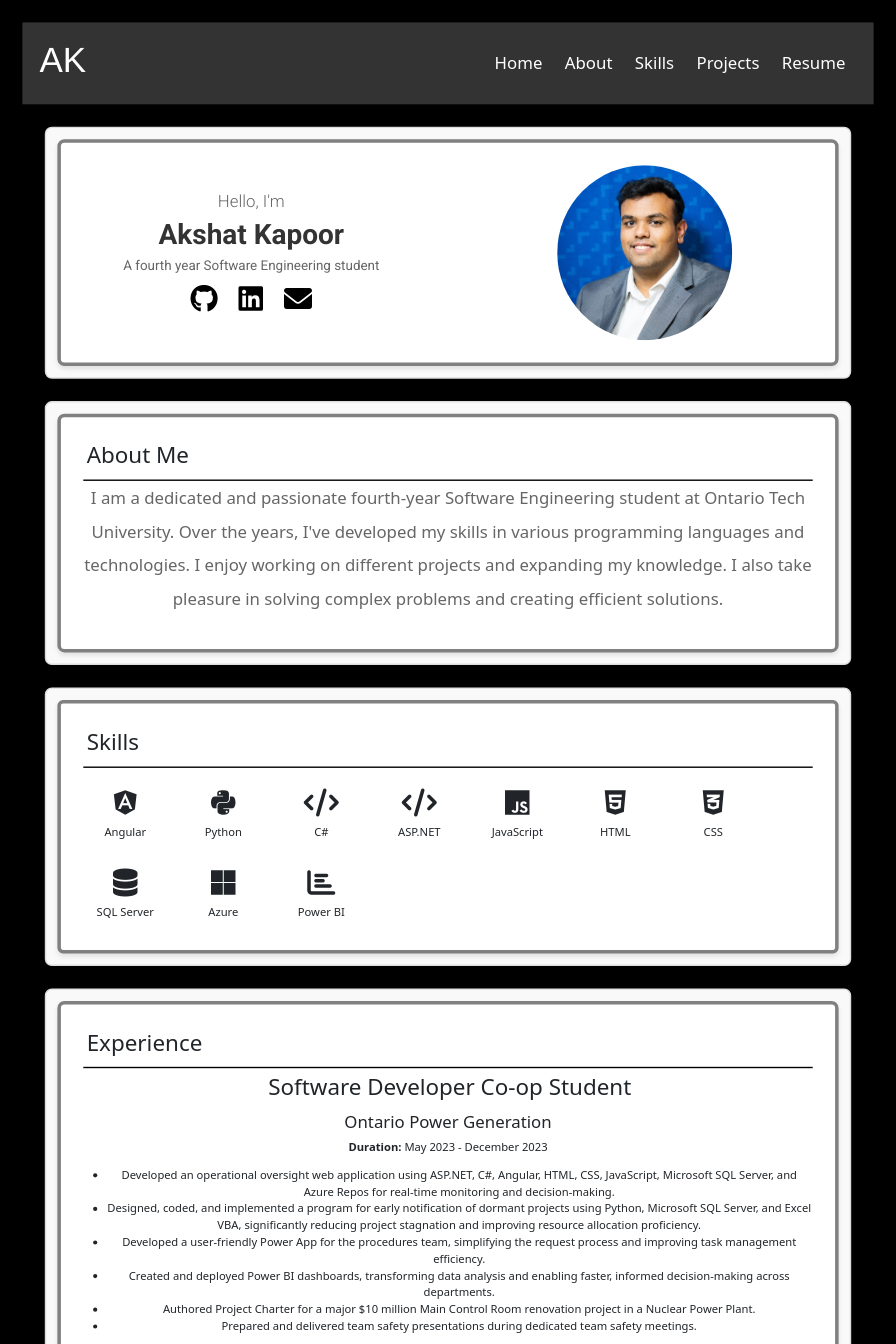
Repository: AkshatKapo/My-Portfolio
Page: /
An editor plug-in stored every save of this project. The page is shown before and after the next save, followed by the edit.
The browser window is 1280 px wide. The pictures show the part of the page from y = 0 to 1920 px (the page is 3289 px tall), at 70% of full size.
The project was rebuilt for these pictures with package versions that can differ from the ones it lists, and the page was loaded fresh each time. Also part of the build but not shown: vite.config.js.

Above is the page before, as saved 2024-06-19 08:57:52.

### index.html
<!DOCTYPE html>
<html lang="en">
  <head>
    <meta charset="UTF-8" />
    <link rel="stylesheet" href="https://cdnjs.cloudflare.com/ajax/libs/font-awesome/6.0.0-beta3/css/all.min.css">
    <link rel="stylesheet" href="https://maxcdn.bootstrapcdn.com/bootstrap/4.5.2/css/bootstrap.min.css">

    <meta name="viewport" content="width=device-width, initial-scale=1.0" />
    <title>Vite + React</title>
  </head>
  <body>
    <div id="root"></div>
    <script type="module" src="/src/main.jsx"></script>
  </body>
</html>

### src/main.jsx
import React from 'react'
import ReactDOM from 'react-dom/client'
import App from './App'
import './index.css'
import 'bootstrap/dist/css/bootstrap.min.css';


ReactDOM.createRoot(document.getElementById('root')).render(
  <React.StrictMode>
    <App />
  </React.StrictMode>,
)

### src/App.jsx
import { useEffect } from 'react';
import './App.css';
import Header from './components/Header';
import Home from './components/Home';
import About from './components/About';
import Experience from './components/Experience'; // Corrected import path
import Projects from './components/projects';
import Contact from './components/Contact';
import Skill from './components/skill'
function App() {
  useEffect(() => {
    function reveal() {
      let reveals = document.querySelectorAll(".reveal");// stores all the elements with class reveal into an array

      for (var i = 0; i < reveals.length; i++) { // iterates through reveals array, takes the each element with class reveals
        let windowHeight = window.innerHeight; // gets the height of the view port
        let elementTop = reveals[i].getBoundingClientRect().top;// gets the postion of the element relative to the view port
        let sectionHeight = reveals[i].offsetHeight;// calculates the hieght of the element
        let elementVisible = windowHeight - elementTop > 0 ? windowHeight - elementTop : 0;// calculates the porton  of the element visible(Dstance between the top of the view port  and bottom of visible part of  the element)
        let visibilityRatio = elementVisible / sectionHeight; // Fraction of the element visible

        if (visibilityRatio > 0.5) {  // if the visibility ratio is greater than half then it will make it visible
          reveals[i].classList.add("active");// add class actve to the element to make it visible
        } else { // if its less than 0.5 than it wll not display it or remove the class
          reveals[i].classList.remove("active");
        }
      }
    }

    window.addEventListener("scroll", reveal);// Add scroll as event listenere because wewe want to dsplay elements as user scrolls down

    // Call reveal initially to check the visibility of elements when the component mounts
    reveal();

    // Cleanup function to remove event listener when component unmounts
    return () => {
      window.removeEventListener("scroll", reveal);
    };
  }, []);


  return (
    <div>
      <Header />
      <Home />
      <About />
      <Skill />
      <Experience />
      <Projects />
      <Contact />

    </div>
  );
}

export default App;

/*
Mount: useEffect runs, reveal function defined and called, scroll event listener added.
Scroll: Each scroll triggers the reveal function to recalculate and update element visibility.
Unmount: Cleanup function removes the scroll event listener.
*/

### src/index.css
body {
    font-family: 'Segoe UI', Tahoma, Geneva, Verdana, sans-serif;
    background-color:#ccddff;
    color:black;
    margin: 0;
    padding: 0;
  }


  #root {
    display: flex;
    flex-direction: column;
    min-height: 100vh;
  }

### src/App.css
#root {
  max-width: 1280px;
  margin: 0 auto;
  padding: 2rem;
  text-align: center;
  background-color:black;
}
.reveal {
  opacity: 0;
  transform: translateY(100px);
  transition: opacity 0.6s ease-out, transform 0.6s ease-out;
}

.reveal.active {
  opacity: 1;
  transform: translateY(0);
}

### src/components/Header.jsx
import React from 'react'
import './Header.css'

const Header = () => {
  return (
    <header>
      <h1 className='title'>AK</h1>
      <nav>
        <ul>
          <li><a href="#home">Home</a></li>
          <li><a href="#about">About</a></li>
          <li><a href="#skills">Skills</a></li>
          <li><a href="#projects">Projects</a></li>
          <li><a href="/Akshat_Kapoor_Resume.pdf">Resume</a></li>
        </ul>
      </nav>
    </header>
  )
}

export default Header

### src/components/Home.jsx
import React from "react";
import "./Home.css";

const Home = () => {
  return (
    <div className="reveal">
      <section id="home">
        <div className="home-content">
          <div className="text-content">
            <h3>Hello, I'm</h3>
            <h1>Akshat Kapoor</h1>
            <h4>A fourth year Software Engineering student</h4>
            <div className="social-icons">
              <a href="https://github.com/yourusername" target="_blank" rel="noopener noreferrer">
                <i className="fab fa-github"></i>
              </a>
              <a href="https://www.linkedin.com/in/yourusername" target="_blank" rel="noopener noreferrer">
                <i className="fab fa-linkedin"></i>
              </a>
              <a href="mailto:youremail@gmail.com" target="_blank" rel="noopener noreferrer">
                <i className="fas fa-envelope"></i>
              </a>
            </div>
          </div>
          <div id="line1"></div>
          <div className="image-content">
            <img
              src="/assets/images/1666144074188.jpeg"
              alt="Akshat Kapoor"
              className="profile-image"
            />
          </div>
        </div>
      </section>
    </div>
  );
};

export default Home;

### src/components/About.jsx
import React from 'react';
import './About.css';

function About() {
  return (
    <div className='reveal'>
      <section id="about">
        <div id='about-content'>
         <h2>About Me</h2>
         <div className='seperator'>


         </div>
         <p>I am a dedicated and passionate fourth-year Software Engineering student at Ontario Tech University. Over the years, I've developed my skills in various programming languages and technologies. I enjoy working on different projects and expanding my knowledge. I also take pleasure in solving complex problems and creating efficient solutions. </p>
        </div>
      </section>
    </div>
  );
}

export default About;

### src/components/Experience.jsx
import React from 'react'
import './Experience.css'

const Experience = () => {
  return (
    <div className="reveal">
      <section id="experience">
        <div id="experience-content">
          <h2>Experience</h2>
          <div className="divider1"></div>
          <div>
            <h3>Software Developer Co-op Student</h3>
            <h4>Ontario Power Generation</h4>
            <p>
              <strong>Duration:</strong> May 2023 - December 2023
            </p>
            <ul>
              <li>Developed an operational oversight web application using ASP.NET, C#, Angular, HTML, CSS, JavaScript, Microsoft SQL Server, and Azure Repos for real-time monitoring and decision-making.</li>
              <li>Designed, coded, and implemented a program for early notification of dormant projects using Python, Microsoft SQL Server, and Excel VBA, significantly reducing project stagnation and improving resource allocation proficiency.</li>
              <li>Developed a user-friendly Power App for the procedures team, simplifying the request process and improving task management efficiency.</li>
              <li>Created and deployed Power BI dashboards, transforming data analysis and enabling faster, informed decision-making across departments.</li>
              <li>Authored Project Charter for a major $10 million Main Control Room renovation project in a Nuclear Power Plant.</li>
              <li>Prepared and delivered team safety presentations during dedicated team safety meetings.</li>
            </ul>
          </div>
        </div>
      </section>
    </div>
  )
}

export default Experience

### src/components/Contact.jsx
import React from "react";
import "./Contact.css";

const Contact = () => {
  return (
    <div className="reveal">
      <footer id="footer">
        <div className="footer-content">
          <ul className="footer-icons">
            <li>
              <a
                href="https://github.com/yourusername"
                target="_blank"
                rel="noopener noreferrer"
              >
                <i className="fab fa-github"></i>
              </a>
            </li>
            <li>
              <a
                href="https://www.linkedin.com/in/yourusername"
                target="_blank"
                rel="noopener noreferrer"
              >
                <i className="fab fa-linkedin"></i>
              </a>
            </li>
            <li>
              <a
                href="mailto:youremail@gmail.com"
                target="_blank"
                rel="noopener noreferrer"
              >
                <i className="fas fa-envelope"></i>
              </a>
            </li>
          </ul>

        </div>
        <p className="footer-copy">© 2024 Akshat Kapoor</p>
      </footer>
    </div>
  );
};

export default Contact;

### src/components/skill.jsx
import React from 'react'
import './skill.css'

const skills = [
    { name: "Angular", icon: "fab fa-angular" },
    { name: "Python", icon: "fab fa-python" },
    { name: "C#", icon: "fas fa-code" },
    { name: "ASP.NET", icon: "fas fa-code" },
    { name: "JavaScript", icon: "fab fa-js" },
    { name: "HTML", icon: "fab fa-html5" },
    { name: "CSS", icon: "fab fa-css3-alt" },
    { name: "SQL Server", icon: "fas fa-database" },
    { name: "Azure", icon: "fab fa-microsoft" },
    { name: "Power BI", icon: "fas fa-chart-bar" },
  ];

function skill() {
  return (
    <div className="reveal">
      <section id="skills">
        <div className="skills-content">
          <h2>Skills</h2>
          <div className="separator"></div>
          <div className="skills-list">
            {skills.map((skill) => (
              <div className="skill" key={skill.name}>
                <i className={skill.icon}></i>
                <p>{skill.name}</p>
              </div>
            ))}
          </div>
        </div>
      </section>
    </div>
  )
}

export default skill

### src/components/Header.css
header {
  background-color: #333;
  color: white;
  padding: 2%;
  display: flex;
  justify-content: space-between;
  align-items: center;

    /* text-align: center; */
  }
  .title {
    font-family: 'Helvetica', sans-serif;
    font-size: 50px;
    background:white;
    -webkit-background-clip: text;
    color: transparent;
  }


  nav ul {
    list-style-type: none;
    padding: 0;
    margin: 0;
    display: flex;
  }

  nav ul li {
    margin: 0 1rem;
  }

  nav ul li a {
    color: white;
    text-decoration: none;
    font-size: 150%;
  }

### src/components/Home.css
 @import url('https://fonts.googleapis.com/css2?family=Roboto:wght@300;400;700&display=swap');

#home {
  padding: 1rem;
  display: flex;
  justify-content: center;
  align-items: center;
  background-color: #f9f9f9;
  border: 2px solid #ddd; /* Light border */
  border-radius: 10px; /* Rounded corners */
  margin: 2rem; /* Margin to ensure it doesn’t touch the edges of the container */
}

.home-content {
  display: flex;
  align-items: center;
  width: 100%;
  max-width: 1200px; /* Adjust the max-width as needed */
  background: #fff; /* Background for the content */
  padding: 2rem; /* Padding around the content */
  box-shadow: 0 4px 8px rgba(0, 0, 0, 0.1); /* Shadow for styling */
  border-radius: 10px; /* Rounded corners */
  border: 5px solid grey;

}

#line1 {
  border-left: 2px solid black;
  height: auto; /* Set to auto to match the height of the content */
  margin: 0 2rem; /* Adjust as needed to create space around the line */
}
.text-content {
  flex: 1;
  padding-right: 1rem;
  font-family: 'Roboto', sans-serif;
}

.text-content h2 {
  font-size: 2.5rem; /* Adjust the font size as needed */
  font-weight: 900;
  color: #333;
  margin-bottom: 1rem;
}
.text-content h3 {
  font-size: 1.5rem; /* Adjust the font size as needed */
  font-weight: 300;
  color: #666;
  margin-bottom: 0.5rem;
}

.text-content h1 {
  font-size: 2.5rem; /* Adjust the font size as needed */
  font-weight: 700;
  color: #333;
  margin-bottom: 0.5rem;
}
.text-content h4 {
  font-size: 1.2rem; /* Adjust the font size as needed */
  font-weight: 400;
  color: #666;
  margin-bottom: 1rem;
}


.text-content p {
  font-size: 1rem; /* Adjust the font size as needed */
  line-height: 1.6; /* Adjust the line height as needed */
  color: #666;
  font-weight: 300;
}

.image-content {
  flex: 1;
  display: flex;
  justify-content: center;
}

.profile-image {
  width: 250px;
  height: 250px;
  border-radius: 50%;
  object-fit: cover;
}

.social-icons {
  display: flex;
  gap: 30px; /* Adjust the spacing between icons */
  justify-content: center;
}

.social-icons a {
  color: #000; /* Change the color if needed */
  text-decoration: none;
}

.social-icons .icon {
  width: 40px; /* Adjust the size of the icons */
  height: 40px; /* Adjust the size of the icons */
}

.social-icons i {
  font-size: 40px; /* Adjust the size of the font-awesome icons */
}

/* Add hover effect if desired */
.social-icons a:hover {
  opacity: 0.7; /* Example hover effect */
}

### src/components/About.css

#about {
  padding: 1rem;
  display: flex;
  background-color: #f9f9f9;
  border: 2px solid #ddd; /* Light border */
  border-radius: 10px; /* Rounded corners */
  box-shadow: 0 8px 16px rgba(0, 0, 0, 0.1); /* Shadow for depth */
  margin: 2rem; /* Margin to ensure it doesn’t touch the edges of the container */



}
#about-content {
  display: table-column;
  justify-content: space-between;
  width: 100%;
  max-width: 1200px; /* Adjust the max-width as needed */
  background: #fff; /* Background for the content */
  padding: 2rem; /* Padding around the content */
  box-shadow: 0 4px 8px rgba(0, 0, 0, 0.1); /* Shadow for styling */
  border-radius: 10px; /* Rounded corners */
  border: 5px solid grey

}


#about h2 {
  font-size: 2rem;
  text-align: left; /* This will align the heading to the left */
  margin-bottom: 1rem; /* Adding some space between the heading and the paragraph */
  margin-top: 0.2rem;
  margin-left: 0.3rem;


}
.seperator {
  border-top: 2px solid black;
  width: 100%; /* Adjust as needed */
  margin: 20px 3; /* Adjust as needed */
}

#about p {
  font-size: 1.5rem; /* Adjust the font size as needed */
  line-height: 2; /* Adjust the line height as needed */
  color: #666;
  font-weight: 300;
  }

### src/components/Experience.css
#experience {
  padding: 1rem;
  display: flex;
  background-color: #f9f9f9;
  border: 2px solid #ddd; /* Light border */
  border-radius: 10px; /* Rounded corners */
  box-shadow: 0 8px 16px rgba(0, 0, 0, 0.1); /* Shadow for depth */
  margin: 2rem; /* Margin to ensure it doesn’t touch the edges of the container */
  }
  #experience-content{
    display: table-column;
    justify-content: space-between;
    width: 100%;
    max-width: 1200px; /* Adjust the max-width as needed */
    background: #fff; /* Background for the content */
    padding: 2rem; /* Padding around the content */
    box-shadow: 0 4px 8px rgba(0, 0, 0, 0.1); /* Shadow for styling */
    border-radius: 10px; /* Rounded corners */
    border: 5px solid grey;
  }
  #experience h2 {
    font-size: 2rem;
    text-align: left; /* This will align the heading to the left */
    margin-bottom: 1rem; /* Adding some space between the heading and the paragraph */
    margin-top: 0.2rem;
    margin-left: 0.3rem;

  }
  .divider1 {
    border-top: 2px solid black;
    width: 100%; /* Adjust as needed */
    margin: 20px 3; /* Adjust as needed */
  }
  #experience h3 {
    font-size: 2rem;
    text-align: center;
    margin-bottom: 1rem; /* Adding some space between the heading and the paragraph */
    margin-top: 0.5rem;
    margin-left: 0.3rem;

  }
  .experience-content ul {
    list-style-type: disc; /* or another type of bullet, like circle or square */
    margin-left: 20px;
  }

  .experience-content li {
    margin-bottom: 10px;
  }

### src/components/projects.css
#projects {
  padding: 1rem;
  background-color: #f9f9f9;
  border: 2px solid #ddd; /* Light border */
  border-radius: 8px; /* Rounded corners */
  box-shadow: 0 8px 16px rgba(0, 0, 0, 0.1); /* Shadow for depth */
  margin: 1rem; /* Margin to ensure it doesn’t touch the edges of the container */
}

.project-list {
  display: flex;
  flex-direction: column;
  gap: 1rem; /* Space between rows */
  align-items: stretch;

}

.project-list h2 {
  font-size: 2rem;
  text-align: left; /* Align heading to the left */
  margin: 0.9rem 0 1rem 0.8rem; /* Consistent spacing around heading */
}

.project-row {
  display: flex;
  justify-content: space-between; /* Allow wrapping for responsive design */
  width: 100%; /* Space between projects */
  gap: 2rem;
  align-items: stretch;
}

.project {
  flex: 5 ; /* Flex basis to allow two projects per row with a gap */
  text-align: center;
  padding: 1rem; /* Consistent padding */
  padding-bottom: 0;
  background-color: #fff;
  border: 3px solid grey;
  box-shadow: 0 9px 8px rgba(0, 0, 0, 0.1); /* Shadow for styling */
  border-radius: 8px; /* Rounded corners */
  margin: 0.5rem 0; /* Margin for spacing between rows */
}

.project img {
  justify-content: center;
  max-width: 100%;
  max-height: 200px;
  border-radius: 15px;
  margin-bottom: 25px;
  border-color:50px solid aquamarine;
}

.project h3 {
  font-size: 1.6rem;
  font-weight: bolder;
  margin-bottom: 0.5rem; /* Space between title and paragraph */
  margin-top: 0;
}

.project p {
  font-size: 1rem;
  font-style: italic;
  color: black;
}

.Projectbutton, .Projectbutton2 {
  display: inline-block;
  padding: 1rem 2rem; /* Adjusted padding for better appearance */
  font-size: 1rem; /* Set font size */
  font-weight: bold; /* Make font bold */
  text-align: center; /* Center the text */
  background: linear-gradient(135deg, #6e8efb, #a777e3); /* Add gradient background */
  color: white; /* Change text color to white */
  text-decoration: none; /* Remove underline */
  border: none; /* Remove border */
  border-radius: 25px; /* More rounded corners */
  box-shadow: 0 4px 15px rgba(0, 0, 0, 0.2); /* Add shadow */
  transition: background 0.3s, transform 0.3s; /* Smooth transitions */
  cursor: pointer; /* Change cursor to pointer */
  margin: 0.5rem; /* Add a small margin for better spacing */
}

.Projectbutton:hover, .Projectbutton2:hover {
  background: linear-gradient(135deg, #a777e3, #6e8efb); /* Reverse gradient on hover */
  transform: translateY(-2px); /* Slight lift on hover */
  box-shadow: 0 6px 20px rgba(0, 0, 0, 0.3); /* Increase shadow on hover */
}
.seperator {
  border-top: 2px solid black;
  width: 100%; /* Adjust as needed */
  margin: 20px 3; /* Adjust as needed */
}

/* Responsive Design */
@media (max-width: 768px) {
  .project-row {
    flex-direction: column; /* Stack projects vertically on smaller screens */
  }

  .Projectbutton2 {
    margin-left: 0; /* Reset margin on smaller screens */
  }
}

### src/components/Contact.css
#footer {
  background-color: #333;
  padding: 1rem 0;
  text-align: center;
  color: white;
}

.footer-content {
  display: flex;
  justify-content: center;
  align-items: center;
  margin-bottom: 1rem;
}

.footer-icons {
  list-style: none;
  padding: 0;
  margin: 0;
  text-align: center;
}

.footer-icons li {
  display: inline-block;
  margin: 0 20px; /* Increased margin for more gap between icons */
}

.footer-icons li a {
  color: grey; /* Change color as needed */
  font-size: 40px; /* Adjust size as needed */
  text-decoration: none;
}

.footer-icons li a:hover {
  color: #007bff; /* Change color on hover as needed */
}
.footer-copy {
  margin-top: 1rem;
  font-size: 16px;
  color: #aaa;
}

### src/components/skill.css
#skills {
  padding: 1rem;
  display: flex;
  background-color: #f9f9f9;
  border: 2px solid #ddd; /* Light border */
  border-radius: 10px; /* Rounded corners */
  box-shadow: 0 8px 16px rgba(0, 0, 0, 0.1); /* Shadow for depth */
  margin: 2rem; /* Margin to ensure it doesn’t touch the edges of the container */
}

.skills-content {
  display: table-column;
  justify-content: space-between;
  width: 100%;
  max-width: 1200px; /* Adjust the max-width as needed */
  background: #fff; /* Background for the content */
  padding: 2rem; /* Padding around the content */
  box-shadow: 0 4px 8px rgba(0, 0, 0, 0.1); /* Shadow for styling */
  border-radius: 8px; /* Rounded corners */
  border: 5px solid grey
}

.skills-list {
  display: flex;
  flex-wrap: wrap;
  gap: 20px;
  align-items: center;
}

#skills h2 {
  font-size: 2rem;
  text-align: left; /* This will align the heading to the left */
  margin-bottom: 1rem; /* Adding some space between the heading and the paragraph */
  margin-top: 0.2rem;
  margin-left: 0.3rem;
}

.skill {
  display: flex;
  flex-direction: column;
  align-items: center;
  width: 100px;
  margin: 10px;
}

.skill i {
  font-size: 40px;
  margin-bottom: 10px;
}

.skill p {
  font-size: 16px;
  margin: 0;
}

.separator {
  height: 2px;
  width: 100%; /* Set to 100% to fill the parent container */
  background-color: #000;
  margin: 10px auto 20px;
}

Loaded but not shown: src/components/projects.jsx (79 lines, source omitted)

After the next save:
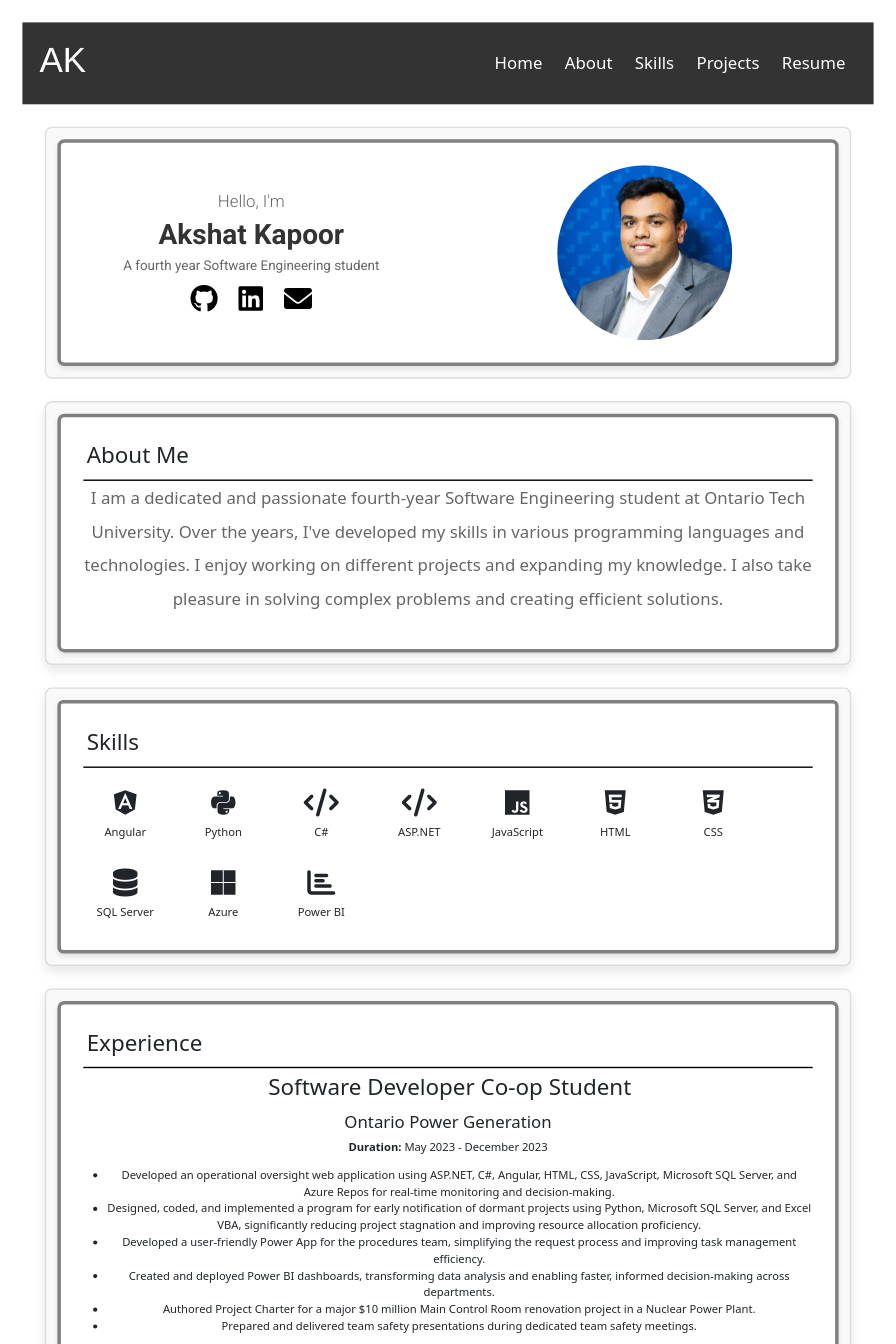
Saved 20 s later.
--- a/src/App.css
+++ b/src/App.css
@@ -3,7 +3,7 @@
   margin: 0 auto;
   padding: 2rem;
   text-align: center;
-  background-color:black;
+  background-col;
 }
 .reveal {
   opacity: 0;
